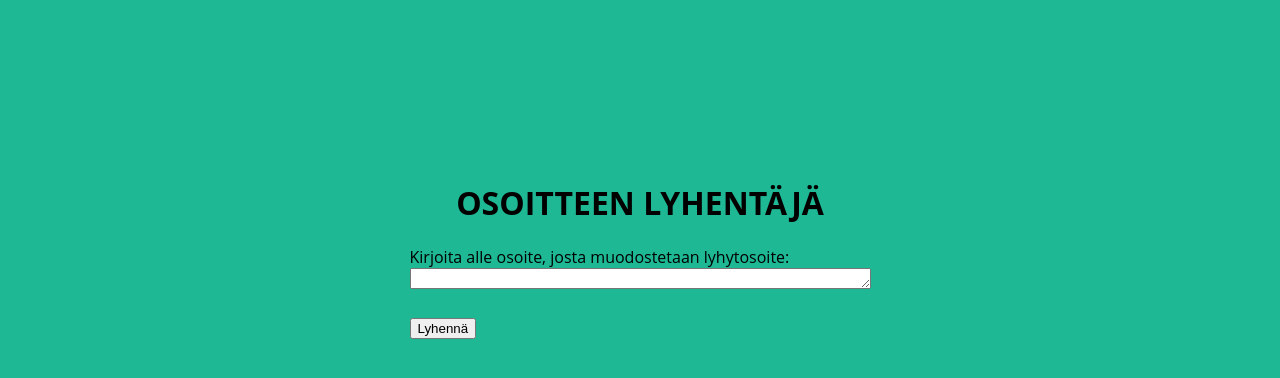
Repository: koodaajakige/knykanen
Page: public_html/redirect/lomake.html
An editor plug-in stored every save of this project. The page is shown before and after the next save, followed by the edit.
The browser window is 1280 px wide. The pictures show the whole page.

Above is the page before, as saved 2023-01-12 12:28:21.

After the next save:
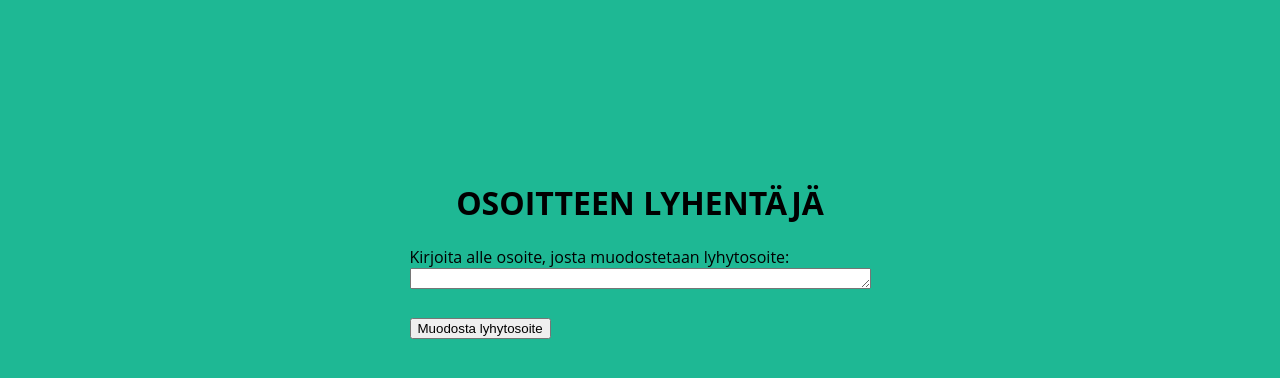
Saved 52 s later.
--- a/public_html/redirect/lomake.html
+++ b/public_html/redirect/lomake.html
@@ -10,7 +10,7 @@
 <form method = GET action = funktio.php>
     Kirjoita alle osoite, josta muodostetaan lyhytosoite:
     <br><textarea rows=1 cols=55 name=osoite></textarea><br><br>
-    <input type=submit value='Lyhennä' />
+    <input type=submit value='Muodosta lyhytosoite' />
   </form>
 
 </body>
